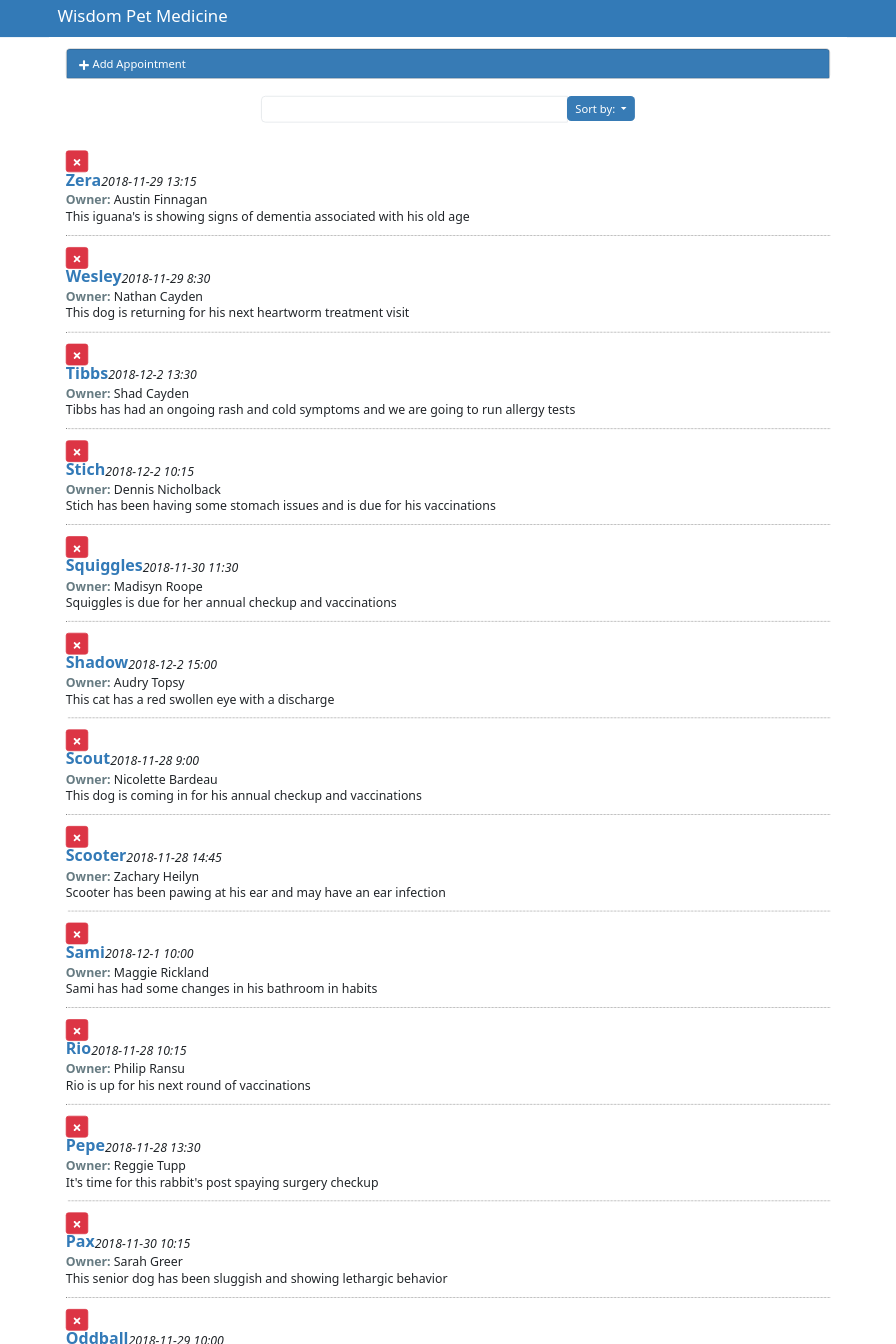
Repository: DevLuDaley/reactinterface
Page: /
An editor plug-in stored every save of this project. The page is shown before and after the next save, followed by the edit.
The browser window is 1280 px wide. The pictures show the part of the page from y = 0 to 1920 px (the page is 3716 px tall), at 70% of full size.
The project was rebuilt for these pictures with package versions that can differ from the ones it lists, and the page was loaded fresh each time.

Above is the page before, as saved 2021-02-04 19:52:17.

After the next save:
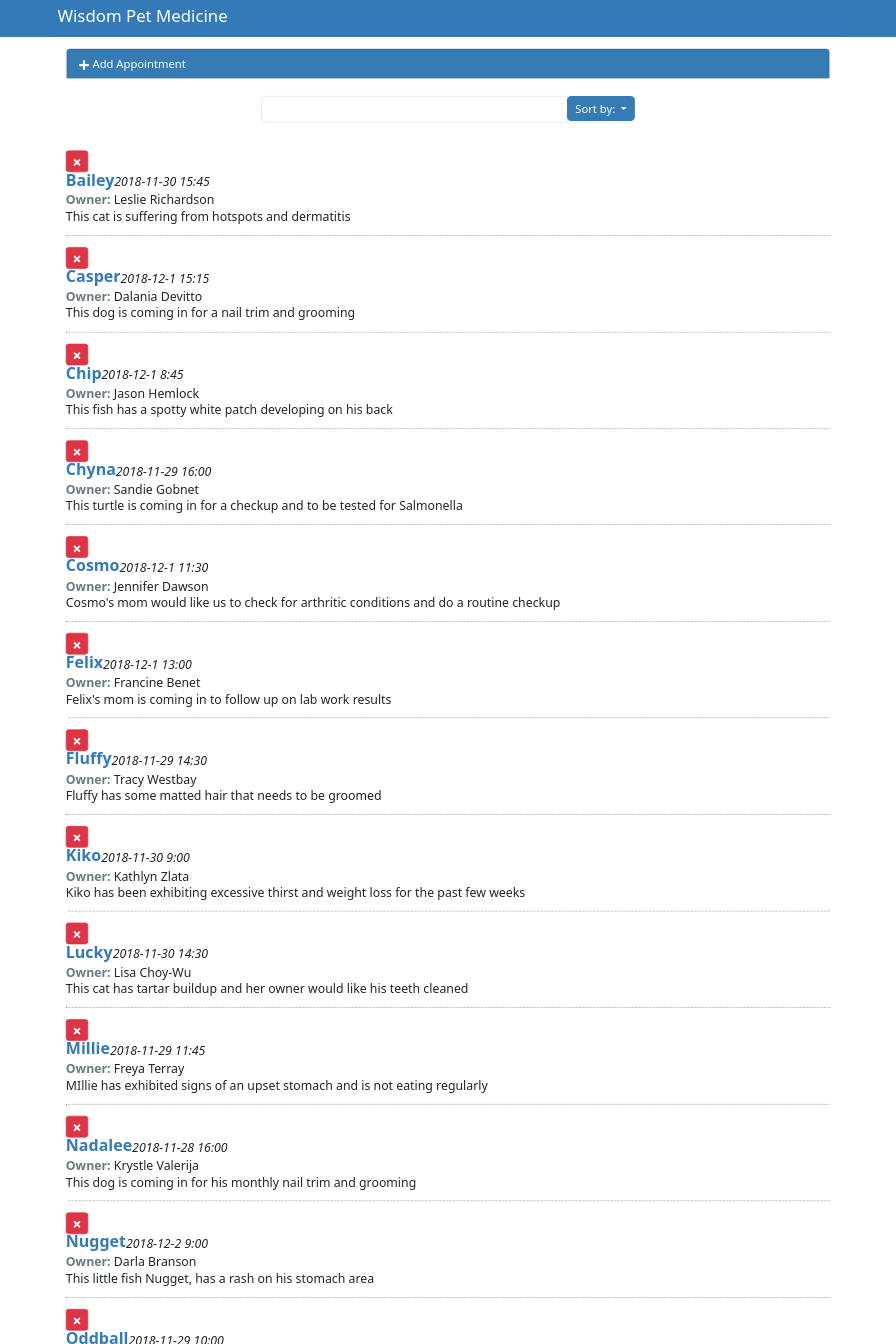
Saved 6 s later.
--- a/src/components/App.js
+++ b/src/components/App.js
@@ -14,7 +14,7 @@
       myAppointments: [],
       formDisplay: false,
       orderBy: 'petName',
-      orderDir: 'desc',
+      orderDir: 'asc',
       lastIndex: 0
     };
     this.deleteAppointment = this.deleteAppointment.bind(this);

After the save that followed:
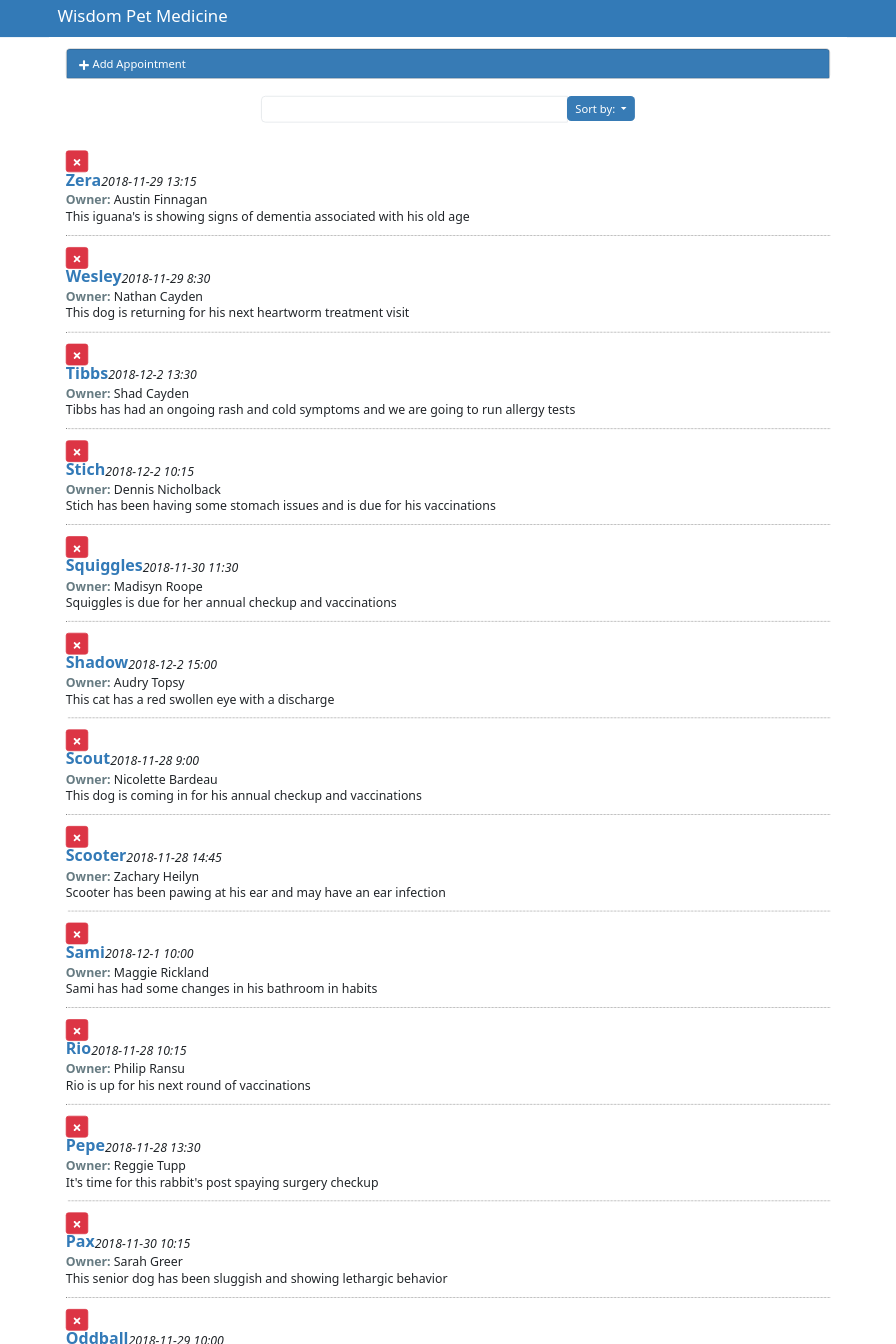
Saved 6 s later.
--- a/src/components/App.js
+++ b/src/components/App.js
@@ -14,7 +14,7 @@
       myAppointments: [],
       formDisplay: false,
       orderBy: 'petName',
-      orderDir: 'asc',
+      orderDir: 'desc',
       lastIndex: 0
     };
     this.deleteAppointment = this.deleteAppointment.bind(this);
